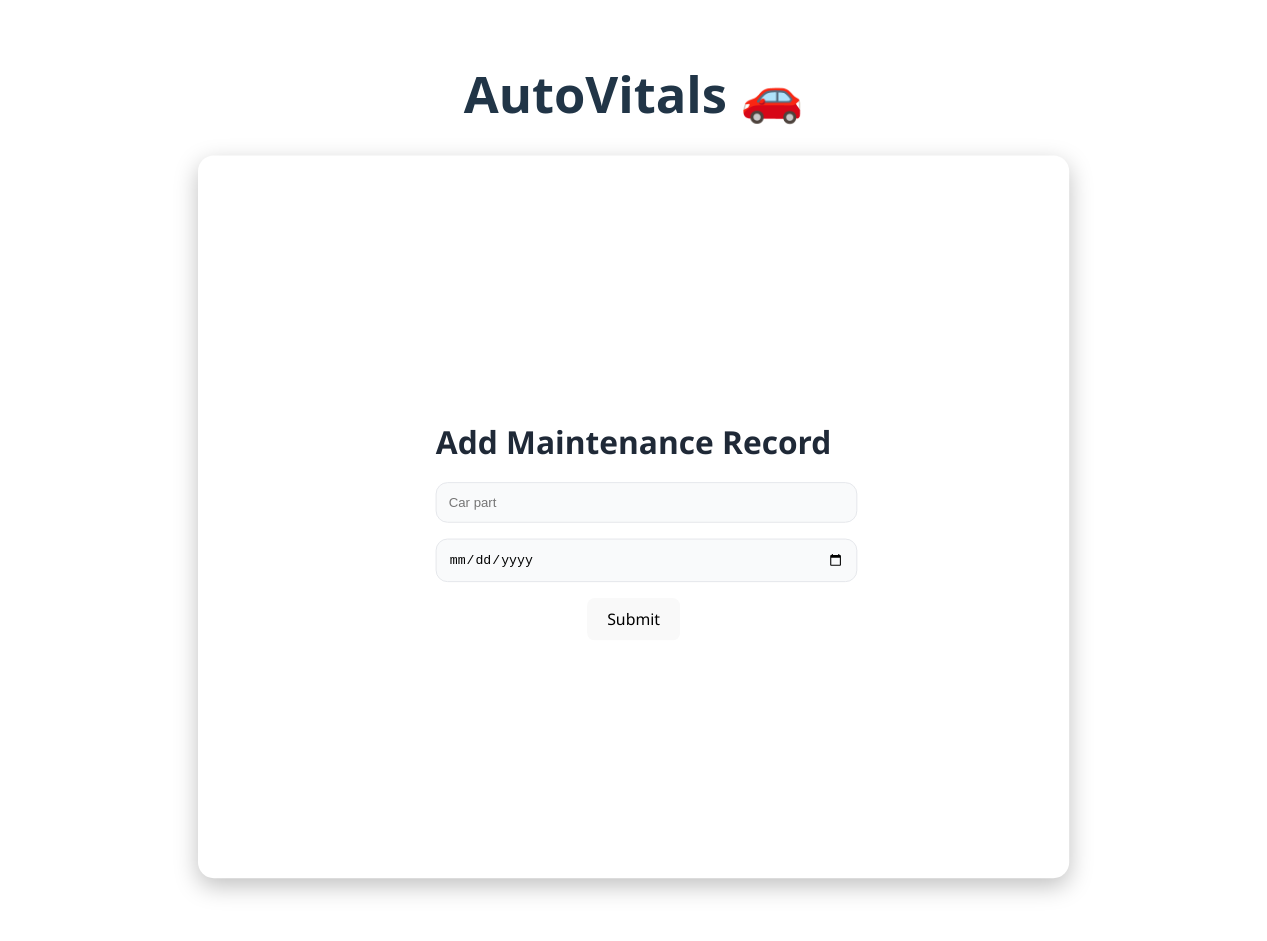
Repository: YoussefAzmires/wevdebautovitals
Page: / (app in frontend/)
The author's editor kept a copy of each file at every save. The page is drawn from the files as they stood at one save, then again after the next save.
The browser window is 1280 px wide. The pictures show the whole page, at 99% of full size.
The project was rebuilt for these pictures with package versions that can differ from the ones it lists, and the page was loaded fresh each time. Also part of the build but not shown: frontend/vite.config.ts.

Above is the page before, as saved 2025-04-13 15:51:22.

### frontend/src/App.tsx
import './App.css'
import AddMaintenanceRecordsForm from "./components/AddMaintenanceRecordsForm/AddMaintenanceRecordsForm";
function App() {
  return (
    <div>
      <h1>AutoVitals 🚗</h1>
      <AddMaintenanceRecordsForm />
    </div>
  );
}


export default App

### frontend/src/components/AddMaintenanceRecordsForm/AddMaintenanceRecordsForm.tsx
import { JSX } from 'react';
import './AddMaintenanceRecordsForm.css'



export default function AddMaintenanceRecordsForm() : JSX.Element {
    return (
      <form>
        <h2>Add Maintenance Record</h2>
        <input type="text" placeholder="Car part" />
        <br />
        <input type="date" />
        <br />
        <button type="submit">Submit</button>
      </form>
    );
  }

### frontend/src/components/AddMaintenanceRecordsForm/AddMaintenanceRecordsForm.css
form{
  background-color: white;
  padding: 15em;
  border-radius: 16px;
  box-shadow: 0 8px 24px rgba(0, 0, 0, 0.25);
  max-width: 500px;
  margin: 2rem auto;
  font-family: 'Segoe UI',sans-serif;
}
form h2{
  font-size: 2em;
  color: #1f2937;
  margin-bottom: 1rem;

}
input[type="text"],
input[type="date"] {
  width: 100%;
  padding: 0.75rem;
  margin-bottom: 1rem;
  border: 1px solid #e5e7eb;
  border-radius: 12px;
  background-color: #f9fafb;
  transition: border 0.2s ease-in-out;
}

label {
  display: block;
  margin-bottom: 0.25rem;
  color: #374151;
  font-weight: 600;
}

input:focus {
  border-color: #3b82f6;
  outline: none;
  background-color: #fff;
}

Loaded but not shown: frontend/index.html (common file); frontend/src/main.tsx (common file); frontend/src/index.css (common file); frontend/src/App.css (common file)

After the next save:
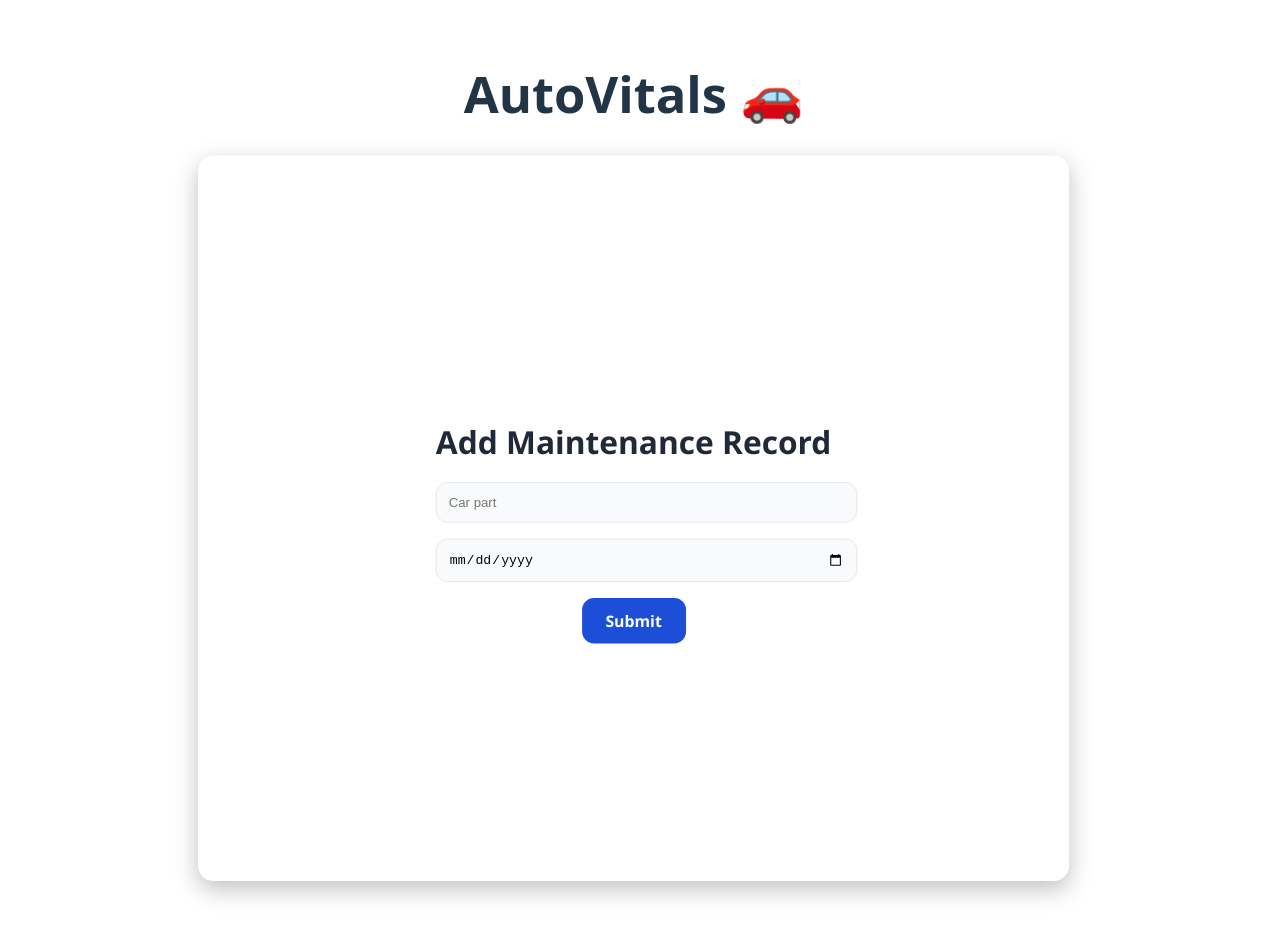
Saved 64 s later.
--- a/frontend/src/components/AddMaintenanceRecordsForm/AddMaintenanceRecordsForm.css
+++ b/frontend/src/components/AddMaintenanceRecordsForm/AddMaintenanceRecordsForm.css
@@ -23,6 +23,16 @@ input[type="date"] {
   background-color: #f9fafb;
   transition: border 0.2s ease-in-out;
 }
+button[type="submit"] {
+  background-color: #1d4ed8;
+  color: white;
+  padding: 0.75rem 1.5rem;
+  border: none;
+  border-radius: 12px;
+  cursor: pointer;
+  font-weight: 600;
+  transition: background-color 0.2s ease-in-out;
+}
 
 label {
   display: block;
